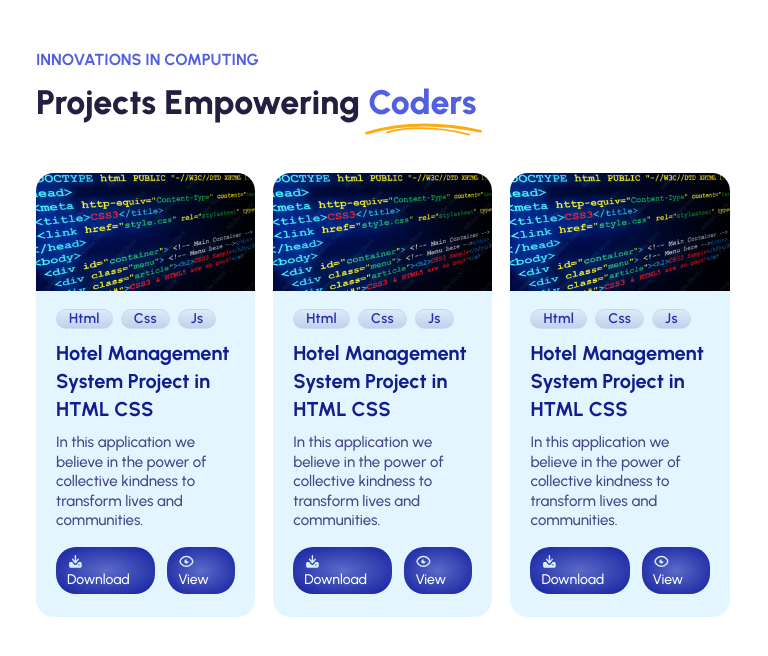
Repository: sharma171/jtccreativeideas
Page: /newsection (app in nextjssite/)
The author's editor kept a copy of each file at every save. The page is drawn from the files as they stood at one save, then again after the next save.
The browser window is 768 px wide. The pictures show the whole page.
The project was rebuilt for these pictures with package versions that can differ from the ones it lists, and the page was loaded fresh each time. The framework's server and built-in components were replaced by stand-ins that run in the browser. Also part of the build but not shown: nextjssite/next.config.mjs.

Above is the page before, as saved 2024-03-28 16:48:12.

After the next save:
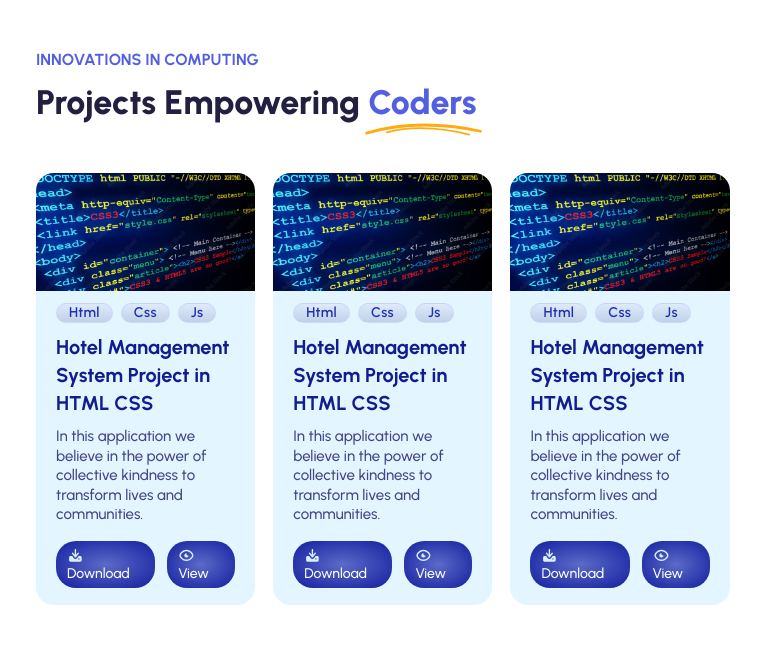
Saved 90 s later.
--- a/nextjssite/src/app/newsection/page.css
+++ b/nextjssite/src/app/newsection/page.css
@@ -174,6 +174,9 @@ section.projects {
     .project-cards li {
         width: calc(33.33333333333333% - 12.8px);
     }
+    .project-cards li .card-inner .info {
+        padding: 12px 20px;
+    }
     .project-cards li .card-inner .info .card-button .bot-button {
         padding: 4px 11px;
         font-size: 14px;
